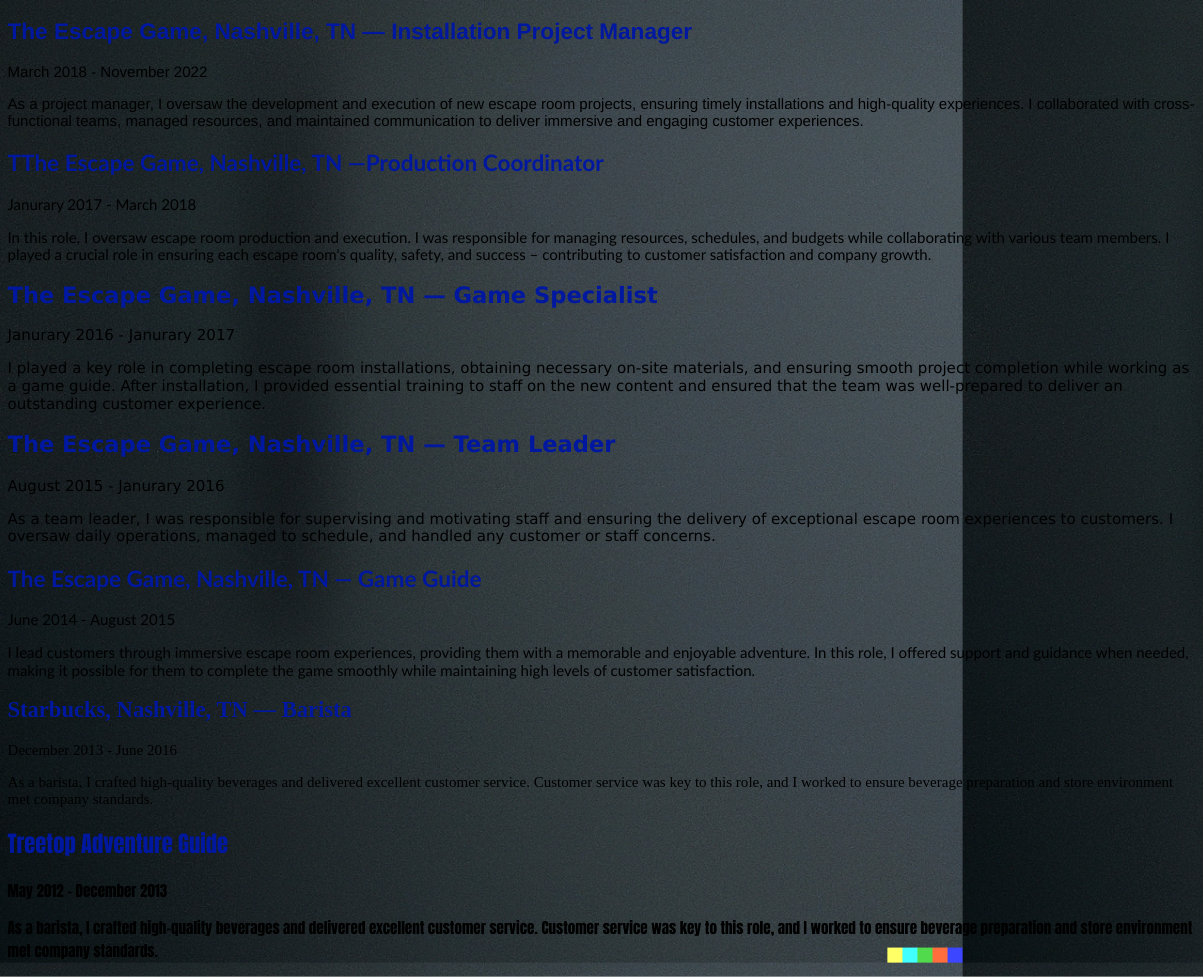
Repository: jgramirez0210/LAB-HTML-Resume
Page: index.html
These files come from the project's save history. The page is drawn as it stood at one moment and after a run of saves; the edit follows.
The browser window is 1280 px wide. The pictures show the whole page, at 94% of full size.

Above is the page before, as saved 2023-10-10 15:27:03.

### index.html
<!DOCTYPE html>
<html lang="en">
<head>
  <meta charset="UTF-8">
  <meta name="viewport" content="width=device-width, initial-scale=1.0">
  <title>Jesse's Work Experience</title>
  <link rel="stylesheet" href="main.css">
</head>
<body>
  <article id="job7">
    <h2>The Escape Game, Nashville, TN — Installation Project Manager </h2>
    <time datetime="2018-03" >March 2018</time> - <time datetime="2022-10" >November 2022</time></time>
    <p>As a project manager, I oversaw the development and execution of new escape room projects, ensuring timely installations and high-quality experiences. I collaborated with cross-functional teams, managed resources, and maintained communication to deliver immersive and engaging customer experiences.</p>
  </article>
  <article id="job6">
    <h2>TThe Escape Game, Nashville, TN —Production Coordinator</h2>
    <time datetime="2017-01" >Janurary 2017</time> - <time datetime="2018-3" >March 2018</time></time>
    <p>In this role, I oversaw escape room production and execution. I was responsible for managing resources, schedules, and budgets while collaborating with various team members. I played a crucial role in ensuring each escape room's quality, safety, and success – contributing to customer satisfaction and company growth.
    </p>
  </article>
  <article id="job5">
    <h2>The Escape Game, Nashville, TN — Game Specialist</h2>
    <time datetime="2016-01" >Janurary 2016</time> - <time datetime="2017-01" >Janurary 2017</time></time>
    <p>I played a key role in completing escape room installations, obtaining necessary on-site materials, and ensuring smooth project completion while working as a game guide. After installation, I provided essential training to staff on the new content and ensured that the team was well-prepared to deliver an outstanding customer experience.
    </p>
  </article>
  <article id="job4">
    <h2>The Escape Game, Nashville, TN — Team Leader</h2>
    <time datetime="2015-0" >August 2015</time> - <time datetime="2016-01" >Janurary 2016</time></time>
    <p>As a team leader, I was responsible for supervising and motivating staff and ensuring the delivery of exceptional escape room experiences to customers. I oversaw daily operations, managed to schedule, and handled any customer or staff concerns.
    </p>
  </article>
  <article id="job3">
    <h2>The Escape Game, Nashville, TN — Game Guide</h2>
    <time datetime="2014-06" >June 2014</time> - <time datetime="2015-08" >August 2015</time></time>
    <p>I lead customers through immersive escape room experiences, providing them with a memorable and enjoyable adventure. In this role, I offered support and guidance when needed, making it possible for them to complete the game smoothly while maintaining high levels of customer satisfaction.
    </p>
  </article>
  <article id="job2">
    <h2>Starbucks, Nashville, TN — Barista</h2>
    <time datetime="2013-12" >December 2013</time> - <time datetime="2014-06" >June 2016</time></time>
    <p>As a barista, I crafted high-quality beverages and delivered excellent customer service. Customer service was key to this role, and I worked to ensure beverage preparation and store environment met company standards.
    </p>
  </article>
  <article id="job1">
    <h2>Treetop Adventure Guide</h2>
    <time datetime="2012-05" >May 2012</time> - <time datetime="2013-12" >December 2013</time></time>
    <p>As a barista, I crafted high-quality beverages and delivered excellent customer service. Customer service was key to this role, and I worked to ensure beverage preparation and store environment met company standards.
    </p>
  </article>
  <script src="main.js"></script>
</body>
</html>

### main.css
#job7 {
  font-family:'Franklin Gothic Medium', 'Arial Narrow', Arial, sans-serif;
}
#job6 {
  font-family:'Gill Sans', 'Gill Sans MT', Calibri, 'Trebuchet MS', sans-serif;
}
#job5 {
  font-family:'Lucida Sans', 'Lucida Sans Regular', 'Lucida Grande', 'Lucida Sans Unicode', Geneva, Verdana, sans-serif;
}
#job4 {
  font-family:Verdana, Geneva, Tahoma, sans-serif;
}
#job3 {
  font-family:'Trebuchet MS', 'Lucida Sans Unicode', 'Lucida Grande', 'Lucida Sans', Arial, sans-serif;
}
#job2 {
  font-family:'Times New Roman', Times, serif;
}
#job1 {
  font-family:Impact, Haettenschweiler, 'Arial Narrow Bold', sans-serif
}
h2 {
  color: #0018a0;
}
body {
  background-image: url('media/background.png');
  background-re
}

Loaded but not shown: main.js (no stored copy; drawn as an empty file)

After the next 2 saves:
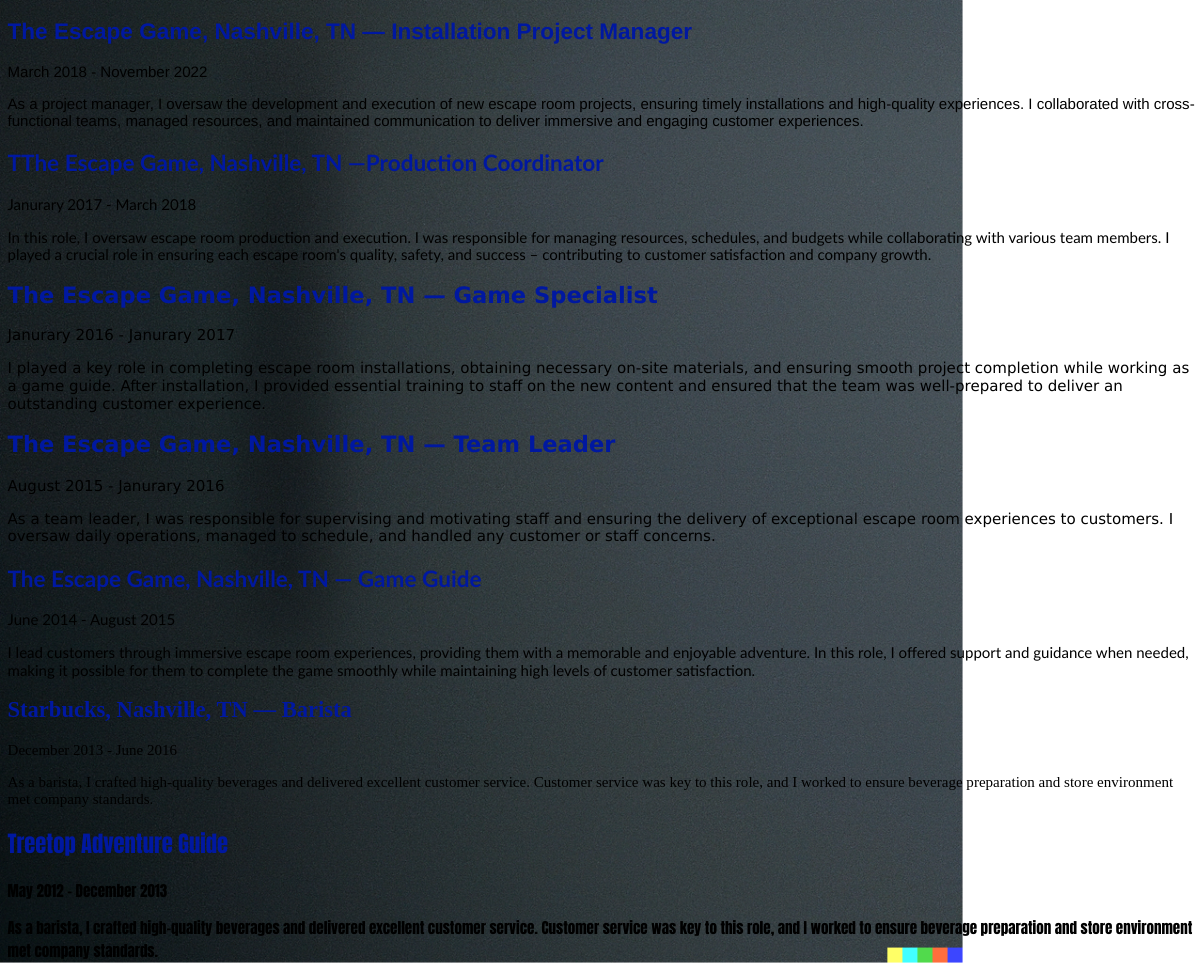
The 2 saves are shown as one change because they came seconds apart.
The last was saved 7 s later.
--- a/main.css
+++ b/main.css
@@ -24,5 +24,5 @@
 }
 body {
   background-image: url('media/background.png');
-  background-re
+  background-repeat: no-repeat;
 }
